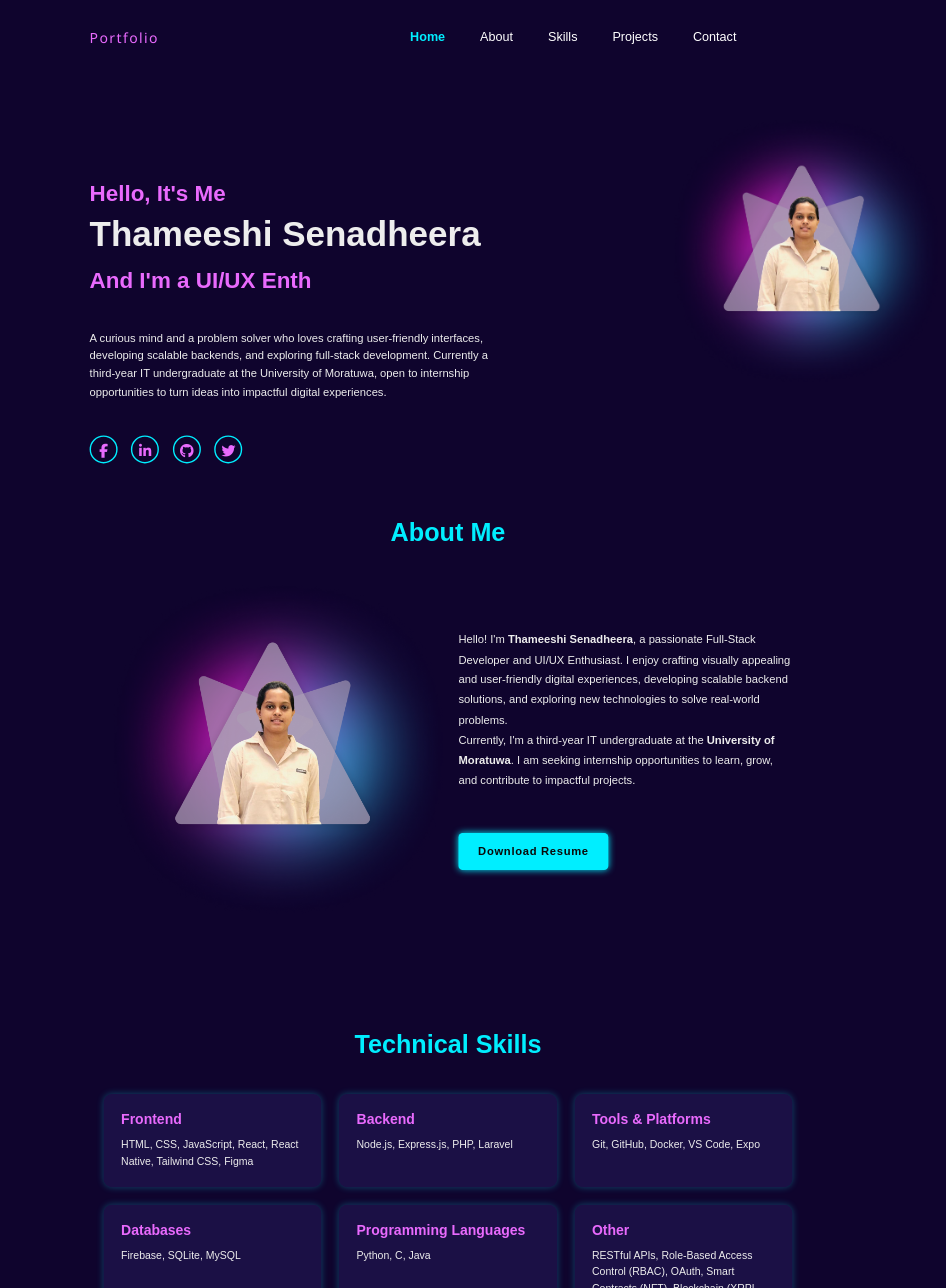
Repository: Thameeshi/portfolio-website
Page: http://localhost/
These files come from the project's save history. The page is drawn as it stood at one moment and after the next save; the edit follows.
The browser window is 1280 px wide. The page is 1352 px wide, then 1280 px, so the pictures cover 1352 px, including what lies to the right of the window. The pictures show the part of the page from y = 0 to 1840 px (the page is 3616 px tall), at 70% of full size.
Some web libraries are served in a nearby version. The page is served by the project's Node server (server.js).

Above is the page before, as saved 2025-09-10 11:03:17.

After the next save:
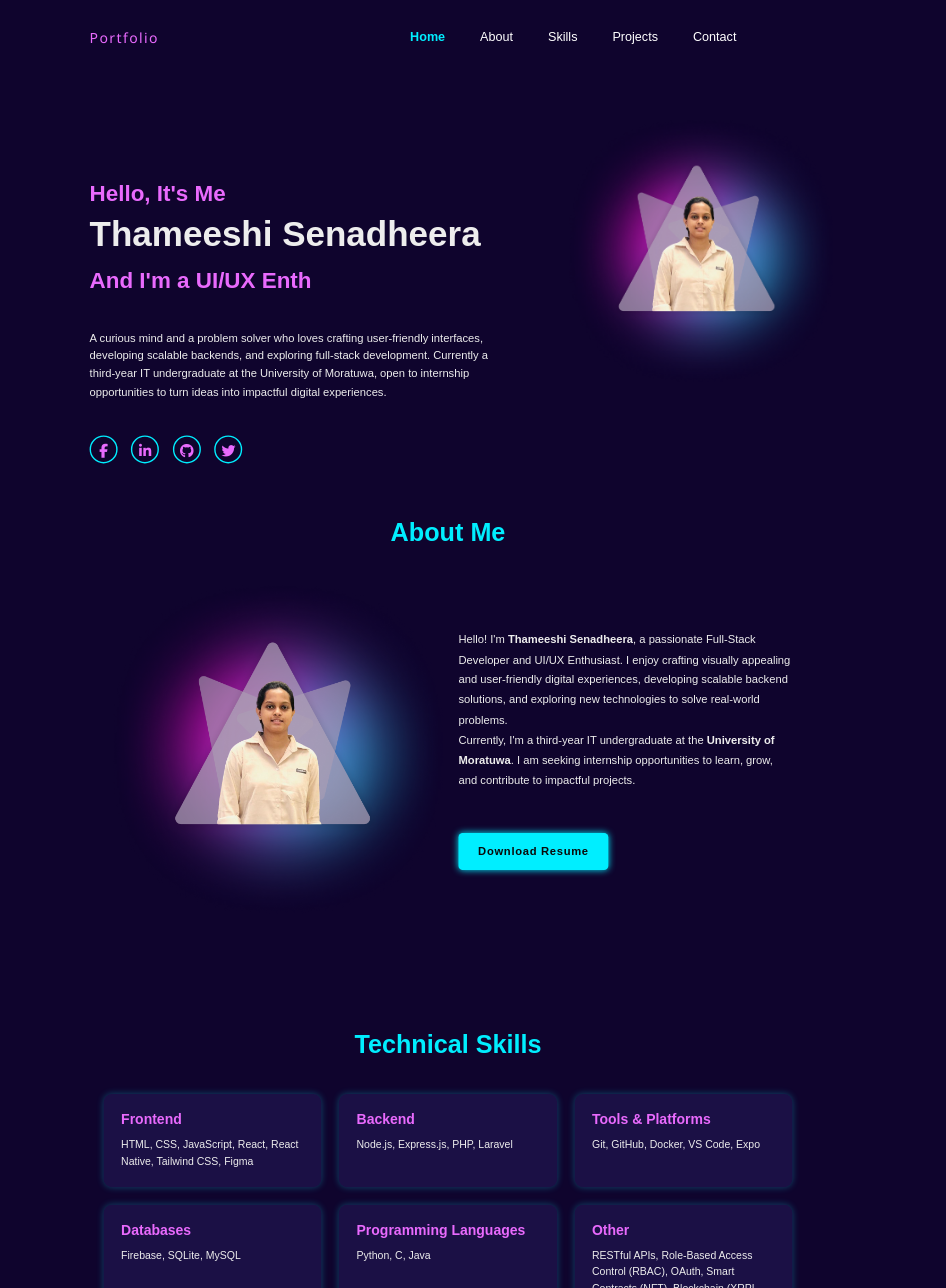
Saved 13 s later.
--- a/public/css/style.css
+++ b/public/css/style.css
@@ -137,7 +137,7 @@ body {
 .image img {
     width: 200%;
     height: auto;
-    margin-left: 200px;
+    margin-left: 50px;
 }
 
 /* Float animation */
